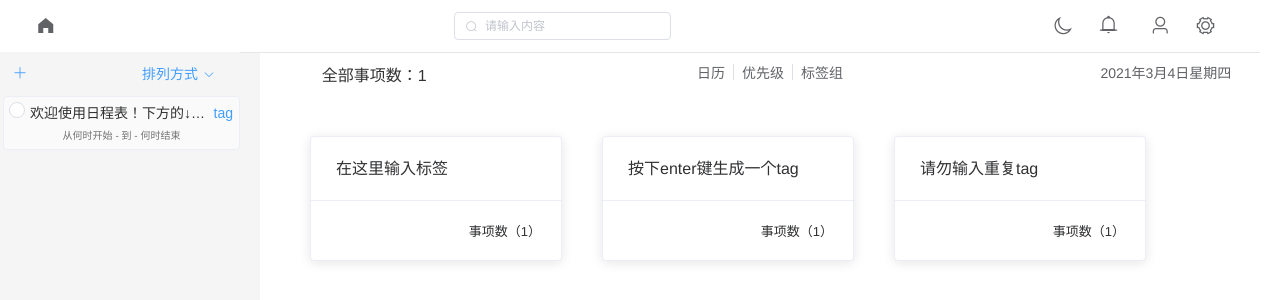
Repository: sierra0114/project01
Page: /#/tags
An editor plug-in stored every save of this project. The page is shown before and after the next save, followed by the edit.
The browser window is 1280 px wide. The pictures show the whole page.
The project was rebuilt for these pictures with package versions that can differ from the ones it lists, and the page was loaded fresh each time. Also part of the build but not shown: vue.config.js, src/components/Approaching.vue, src/components/Expired.vue, src/components/System.vue, src/components/Calendar.vue, src/components/User.vue, src/components/Login.vue, src/components/Register.vue and 2 more.

Above is the page before, as saved 2021-03-04 00:21:31.

### public/index.html
<!DOCTYPE html>
<html>

<head>
  <meta charset="utf-8">
  <meta name="viewport" content="width=device-width,initial-scale=1.0">
  <title>日程表</title>
  <style media="screen" type="text/css">
    body {
      font-family: "Helvetica Neue", Helvetica, "PingFang SC", "Hiragino Sans GB", "Microsoft YaHei", "微软雅黑", Arial, sans-serif;
      margin: 0;
      padding: 0;
      overflow-y: hidden;
      overflow-x: hidden;
      color: #333333;
      width: 100vw;
      height: 100vh;
    }

    #appLoading {
      width: 100%;
      height: 100%;
      background-color: rgb(130, 161, 177);
      z-index: 9999;
    }

    #loadingImg {
      border-radius: 50%;
      position: absolute;
      top: 45%;
      left: 48%;
      translate: 1s ease-in-out 0;
      animation: rotate 1s linear infinite;
    }


    /* 覆盖user页面里默认的图标颜色 */

    .el-icon-basketball:before {
      content: "\e7a5";
      color: rgb(224, 130, 53);
    }

    .el-icon-cold-drink:before {
      content: "\e7a5";
      color: rgb(235, 231, 47);
    }

    .el-icon-grape:before {
      content: "\e7a5";
      color: rgb(74, 55, 97);
    }

    .el-icon-apple:before {
      content: "\e7a5";
      color: rgb(175, 56, 56);
    }

    .el-icon-lollipop:before {
      content: "\e7a5";
      color: rgb(75, 165, 218);
    }

    .el-icon-coffee:before {
      content: "\e7a5";
      color: rgb(107, 79, 62);
    }

    .el-icon-user-solid:before {
      content: "\e7a5";
      color: rgb(227, 235, 243);
    }
  </style>
</head>

<body>
  <div id="appLoading">
    <div id="loadingImg">
      <svg t="1613764102468" class="icon" viewBox="0 0 1024 1024" version="1.1" xmlns="http://www.w3.org/2000/svg"
        p-id="6649" data-spm-anchor-id="a313x.7781069.0.i24" width="48" height="48">
        <path
          d="M546.462897 266.292966c-73.410207 0-133.15531-59.727448-133.155311-133.137656C413.307586 59.762759 473.05269 0 546.462897 0c73.410207 0 133.12 59.727448 133.12 133.15531 0 73.410207-59.709793 133.137655-133.12 133.137656z m-283.453794 105.736827c-67.054345 0-121.626483-54.554483-121.626482-121.644138s54.572138-121.644138 121.626482-121.644138a121.767724 121.767724 0 0 1 121.608828 121.644138c0 67.054345-54.554483 121.644138-121.608828 121.644138zM142.547862 647.185655A107.343448 107.343448 0 0 1 35.310345 539.895172a107.343448 107.343448 0 0 1 107.237517-107.237517 107.343448 107.343448 0 0 1 107.219862 107.237517 107.343448 107.343448 0 0 1-107.219862 107.272828z m120.461241 272.595862a91.047724 91.047724 0 0 1-90.941793-90.959448 91.065379 91.065379 0 0 1 90.924138-90.941793 91.065379 91.065379 0 0 1 90.941793 90.941793c0 50.14069-40.783448 90.959448-90.924138 90.959448zM546.462897 1024a79.518897 79.518897 0 0 1-79.448276-79.448276c0-43.820138 35.645793-79.448276 79.448276-79.448276a79.518897 79.518897 0 0 1 79.43062 79.448276c0 43.820138-35.628138 79.448276-79.448276 79.448276z m287.744-134.285241a64.194207 64.194207 0 0 1-64.123587-64.123587 64.194207 64.194207 0 0 1 64.123587-64.123586 64.194207 64.194207 0 0 1 64.123586 64.123586 64.194207 64.194207 0 0 1-64.123586 64.123587z m117.848275-296.695173a52.683034 52.683034 0 0 1-52.612413-52.612414 52.683034 52.683034 0 0 1 52.612413-52.630069 52.70069 52.70069 0 0 1 52.630069 52.612414 52.718345 52.718345 0 0 1-52.630069 52.630069z m-158.667034-338.696827a40.818759 40.818759 0 1 0 81.655172 0.017655 40.818759 40.818759 0 0 0-81.655172 0z"
          p-id="6650" data-spm-anchor-id="a313x.7781069.0.i23" class="" fill="#ffffff"></path>
      </svg>
    </div>
  </div>

  <div id="app"></div>

</body>

</html>

### src/layout/AppMain.vue
<template>
  <el-container>
    <el-header height="52px">

      <Header @to-appmain="refSidbar"></Header>

    </el-header>
    <el-container v-if="!noSidebar">
      <el-aside width="260px">

        <Sidbar ref="Sidbar"></Sidbar>

      </el-aside>
      <el-main>

        <router-view name="Main"></router-view>

      </el-main>

    </el-container>

  </el-container>
</template>
<script>
import Header from '../components/Header'
import Sidbar from '../components/Sidbar'
// import Main from '../components/Main'
import dataBase from '../data/dataBase.js'
export default {
  name: 'AppMain',
  components: {
    Header,
    Sidbar
  },
  computed: {},
  data () {
    return {
      msg: 'hello',
      noSidebar: false
    }
  },
  methods: {
    refSidbar (info) {
      this.$refs.Sidbar.passThisToForm(info)
    }
  },
  created () {
    dataBase() // 初始化数据库
  }
}
</script>
<style scoped>
.el-header,
.el-footer {
  text-align: center;
  line-height: 50px;
  height: 50px;
}
Header {
  line-height: 50px;
  height: 50px;
}

.el-aside {
  background-color: rgb(245, 245, 245);
  text-align: center;
}

.el-main {
  text-align: center;
  padding: 10px;
}

body > .el-container {
  margin-bottom: 0;
  width: 100vw;
  height: 100vh;
}

.el-container:nth-child(5) .el-aside,
.el-container:nth-child(6) .el-aside {
  line-height: 260px;
}

.el-container:nth-child(7) .el-aside {
  line-height: 320px;
}

/* header {
  display: flex;
  position: fixed;
  top: 0;
  left: 0;
  width: 100vw;
  height: 40px;
  background-color: rgb(255, 0, 0);
}
sidbar {
  display: flex;
  width: 200px;
  background-color: rgb(200, 255, 0);
}
main {
  position: relative;
  display: flex;

  top: 40px;
  left: 0;
  right: 0;
  background-color: rgb(0, 255, 13);
}
full-calendar {
flex-grow: 1;
  background-color: rgb(0, 255, 255);
} */
</style>

### src/components/Main.vue
<template>
  <div class="main">
    <el-row class="nav">
      <el-col :span="5">全部事项数：{{ eventsCountAll }}</el-col>

      <el-col :span="14">
        <router-link :to="{ name: 'calendar' }">
          <el-link>日历</el-link>
        </router-link>

        <el-divider direction="vertical"></el-divider>

        <router-link :to="{ name: 'priority' }">
          <el-link>优先级</el-link>
        </router-link>

        <el-divider direction="vertical"></el-divider>

        <router-link :to="{ name: 'tags' }">
          <el-link>标签组</el-link>
        </router-link>
      </el-col>
      <el-col :span="5">
        <el-link v-on:click="toToday">{{ today }}</el-link>
      </el-col>
    </el-row>
    <el-row class="view">
      <router-view></router-view>
    </el-row>
  </div>
</template>

<script>
import router from "../router";

export default {
  name: "Main",
  data() {
    return {
      today: "今天",

      // 事项计数
      eventsCountAll: 0,
      eventsCountOngoing: 0,
      eventsCountExpired: 0,

      thisMonth: 0,
    };
  },
  components: {},
  methods: {
    toToday() {
      router.push({
        name: "calendar",
        time: this.today,
      });
    },
    updatingToday() {
      setInterval(() => {
        const time = new Date();
        this.today = time;
        const day = time.getDay();
        const date = time.getDate();
        const month = time.getMonth() + 1;
        const year = time.getFullYear();
        const weekMap = [
          "",
          "星期一",
          "星期二",
          "星期三",
          "星期四",
          "星期五",
          "星期六",
          "星期日",
          "",
        ];
        const timeStr = year + "年" + month + "月" + date + "日" + weekMap[day];
        this.today = timeStr;
      }, 1000);
    },
    getEventsCount() {
      let db; // 数据库对象
      let objStore; // 对象仓库
      let request; // 请求
      let transaction; // 连接事务
      let readRequest; // 读写事务

      request = window.indexedDB.open("db"); // 连接数据库
      request.onerror = () => {
        // 请求失败
        // console.log('连接数据库请求 失败 ！因为' + event)
      };

      request.onsuccess = (event) => {
        // 请求成功
        db = event.target.result;
        // db=request.result  一样的效果
        // console.log('连接数据库请求 成功 ')
        transaction = db.transaction("info", "readwrite"); // 开启读写事务
        objStore = transaction.objectStore("info"); // 指定事务为‘info’对象仓库的事务
        readRequest = objStore.getAll(null);

        readRequest.onerror = () => {
          // console.log('读写事务 失败！')
        };
        readRequest.onsuccess = () => {
          // console.log('读写事务 成功！已经获取到了list数据')
          let list = readRequest.result;
          this.eventsCountAll = list.length;
          // alert(list.length)
        };
      };
    },
  },
  created() {
    this.updatingToday();
    this.getEventsCount();
  },
  updated() {
    this.getEventsCount();
  },
};
</script>

<!-- Add "scoped" attribute to limit CSS to this component only -->

<style scoped>
* {
  translate: 0.5s;
  font-weight: normal;
  font-size: 16px;
}

.router-view {
  display: block;
  overflow-y: scroll;
  overflow-x: auto;
}

.nav {
  padding-bottom: 10px;
}

a {
  text-decoration: none;
}

a:link {
  color: black;
}

a:visited {
  color: black;
}

a:hover {
  color: black;
}

a:active {
  color: black;
}

.router-link-active {
  text-decoration: none;
}
</style>

### src/components/Tags.vue
<template>
  <div class="container">
    <div v-for="(item, index) in tags" :key="index">
      <el-card
        style="text-align: left"
        :ref="index"
        class="hide"
        @mouseover.native="show(index)"
        @mouseout.native="hide(index)"
        @click.native="handleClick(index)"
      >
        <div slot="header" class="clearfix">
          <span>{{ item.tagNamw }}</span>
        </div>
        <div class="count">事项数（{{ item.tagCount }}）</div>
      </el-card>
    </div>
  </div>
</template>
<script>
import { store, mutations } from "../store";

export default {
  name: "Tags",
  data() {
    return {
      infolist: [],

      tags: [],
      tag: { tagCount: 0, tagNamw: "" },
      oldClass: "",
    };
  },
  methods: {
    show(index) {
      let oldClass = this.$refs[index][0].$el.className;
      let newClass = oldClass + " show";
      this.oldClass = this.$refs[index][0].$el.className;
      this.$refs[index][0].$el.className = newClass;
      // console.log(this.$refs[index][0].$el.className);
    },
    hide(index) {
      this.$refs[index][0].$el.className = this.oldClass;
      // console.log(this.$refs[index][0].$el.className);
    },
    handleClick(index) {
      let tag = this.tags[index];
      let infoArr = tag.infoArr;
      console.log(infoArr);
    },
    resolveListToTags() {
      //把indolist里面的信息转化到tags中
      let uniqTag = this.getUniqTags;
      let tagArr = [];

      for (let index in uniqTag) {
        let temp = this.querryTag(uniqTag[index]);
        let tag = {};
        tag.tagNamw = uniqTag[index];
        tag.tagCount = temp.length;
        tag.infoArr = temp;
        tagArr.push(tag);
      }
      this.tags = [...tagArr];
      this.$forceUpdate();
      // alert("更新视图");
    },
    querryTag(tag) {
      //根据tag查找对应的事项
      let temp = [];
      for (let i in this.infolist) {
        for (let j in this.infolist[i].tags) {
          if (this.infolist[i].tags[j] === tag) {
            temp.push(this.infolist[i]);
            break;
          }
        }
      }
      console.log(temp);
      return temp;
    },
    updateInfo() {
      let db; // 数据库对象
      let objStore; // 对象仓库
      let request; // 请求
      let transaction; // 连接事务
      let readRequest; // 读写事务

      request = window.indexedDB.open("db"); // 连接数据库
      request.onerror = () => {
        // 请求失败
        alert("连接数据库请求 失败 ！因为" + event);
      };

      request.onsuccess = (event) => {
        // 请求成功
        db = event.target.result;
        // db=request.result  一样的效果
        // console.log('连接数据库请求 成功 ')
        transaction = db.transaction("info", "readwrite"); // 开启读写事务
        objStore = transaction.objectStore("info"); // 指定事务为‘info’对象仓库的事务
        readRequest = objStore.getAll(null);

        readRequest.onerror = () => {
          alert("读写事务 失败！");
        };
        readRequest.onsuccess = () => {
          // console.log('读写事务 成功！已经获取到了list数据')
          this.infolist = readRequest.result;
          this.resolveListToTags();
          // alert("更新数据");
          mutations.setUpdateFlag(false);
        };
      };
    },
  },
  computed: {
    updateFlag() {
      return store.updateFlag;
    },
    getUniqTags: function () {
      let uniqTag = [];
      let allTags = [];

      for (let index in this.infolist) {
        let arr = this.infolist[index].tags;
        allTags = [...allTags, ...arr];
      }

      for (let i = 0; i < allTags.length; i++) {
        for (let j = i + 1; j < allTags.length; j++) {
          if (allTags[i] === allTags[j]) {
            //如果存在相等的两个tag
            i++; //进入下一层i循环
            j = i;
          }
        }
        uniqTag.push(allTags[i]);
        console.log(uniqTag);
      }
      return uniqTag;
    },
  },
  watch: {
    updateFlag: function () {
      // alert("watch检测到upstateflag更新");
      if (store.updateFlag === true) {
        this.updateInfo();
      }
    },
  },
  created() {
    this.updateInfo();
  },
};
</script>
<style scoped>
.container {
  display: flex;
  flex-flow: row wrap;
  margin: 20px;
}
.el-card {
  width: 250px;
  margin: 20px;
}
span {
  padding: 0 0 3px 5px;
  width: 180px;
  word-wrap: break-word;
  display: -webkit-box;
  -webkit-box-orient: vertical;
  /* 超过几行文字会被省略
   */
  -webkit-line-clamp: 1;
  overflow: hidden;
}
.count {
  text-align: right;
  font-size: 13px;
}
.show {
  cursor: pointer;
  background: rgb(245, 245, 245);
}
.hide {
  cursor: pointer;
}
</style>

### src/components/SidbarCard.vue
<template>
  <transition name="card">
    <el-card class="box-card" shadow="hover" :body-style="{ padding: '5px' }">
      <div class="clearfix">
        <div class="left">
          <el-button
            :type="info.reColor"
            size="mini"
            v-on:click="deleteInfo"
            circle
          ></el-button>
          <!-- 优先级：   红  >   黄    >蓝>    绿
           type= "danger">"warning">"">"success" -->

          <span
            class="info"
            :title="info.reMainText"
            v-on:click="openFormEmit"
            >{{ info.reMainText }}</span
          >
        </div>
        <el-tooltip
          v-if="info.tagFlag"
          effect="dark"
          :content="info.reTag"
          placement="right"
        >
          <el-button
            style="float: right; padding: 3px 0"
            type="text"
            v-on:click="openTags"
            >tag</el-button
          ></el-tooltip
        >
      </div>

      <p class="time" v-on:click="openFormEmit">
        {{ info.reTimeFrom }}<span> - 到 - </span>{{ info.reTimeTo }}
      </p>
    </el-card>
  </transition>
</template>
<script>
import router from "../router";
import { mutations } from "../store";

export default {
  name: "SidbarCard",
  data() {
    return {};
  },
  props: {
    info: Object,
  },
  methods: {
    deleteInfo() {
      // alert(this.info.reKey)
      let db; // 数据库对象
      let objStore; // 对象仓库
      let request; // 请求
      let transaction; // 连接事务
      let readRequest; // 读写事务

      request = window.indexedDB.open("db"); // 连接数据库
      request.onerror = () => {
        // alert('打开数据库失败！')
      };

      request.onsuccess = (event) => {
        // alert('打开数据库成功！')
        db = event.target.result;
        transaction = db.transaction("info", "readwrite"); // 开启读写事务
        objStore = transaction.objectStore("info"); // 指定事务为‘info’对象仓库的事务
        readRequest = objStore.delete(this.info.reKey);

        // 点击颜色圆点要通过key检索到并且从数据库中删除这个事项，目前没有实现从数据库中删除的功能，key是原因

        readRequest.onerror = () => {
          // alert('删除失败！')
        };
        readRequest.onsuccess = () => {
          // eslint-disable-next-line no-unused-expressions
          // console.log(this.$parent)
          this.$parent.getList(); // 更新sidbar视图
          // alert('删除成功！')
          mutations.setUpdateFlag(true);
        };
      };
    },
    openTags() {
      // 点击tag打开tag视图
      router.push({ name: "tags", key: this.info.reKey });
    },
    openFormEmit() {
      // 点击卡片打开form
      this.$emit("openForm-between", this.info.reKey);
    },
  },
  watch: {
    info: {
      handler(oldInfo, newInfo) {
        console.log("新的info值为：");
        console.log("卡片里的info更新了");
        console.log(newInfo);
      },
    },
  },
};
</script>
<style scoped>
* {
  font-weight: normal;
  /* font-size: 14px;   不知道为什么这条会覆盖下面的    font-size: 10px; */
}

.item {
  margin-bottom: 18px;
}

.clearfix {
  text-align: left;
  display: flex;
  flex-flow: row nowrap;
  align-items: flex-start;
  justify-content: space-between;
}
.left {
  text-align: left;
  display: flex;
  flex-flow: row nowrap;
  align-items: flex-start;
  justify-content: space-between;
}
.info {
  padding: 0 0 3px 5px;
  width: 180px;
  word-wrap: break-word;
  display: -webkit-box;
  -webkit-box-orient: vertical;
  /* 超过几行文字会被省略
   */
  -webkit-line-clamp: 1;
  overflow: hidden;
  cursor: pointer;
}
/* ////////////////////////////////////   动画-start    //////////////////////////////////////////////// */
.card-enter-active {
  transition: all 0.3s ease;
}
.card-leave-active {
  transition: all 0.2s cubic-bezier(1, 0.5, 0.8, 1);
}
.card-enter,.card-leave-to
/* .slide-fade-leave-active for below version 2.1.8 */ {
  transform: translateX(10px);
  opacity: 0;
}
/* ////////////////////////////////////   动画-end    //////////////////////////////////////////////// */

.time {
  cursor: pointer;
}
p {
  margin: 2px;
  color: rgb(114, 114, 114);
  font-size: 10px;
}
.el-row {
  z-index: 0;
}
.box-card {
  padding: 0px;
  margin: 2px 2px 2px 3px;
  width: 100%;
  background-color: rgba(255, 255, 255, 0.479);
}
</style>

Loaded but not shown: src/style/theme/index.css (library); src/data/dataBase.js (183 lines, source omitted); src/router/index.js (85 lines, source omitted); src/main.js (41 lines, source omitted); src/store/index.js (11 lines, source omitted); src/components/Form.vue (866 lines, source omitted); src/components/Header.vue (339 lines, source omitted); src/components/Sidbar.vue (352 lines, source omitted)

After the next save:
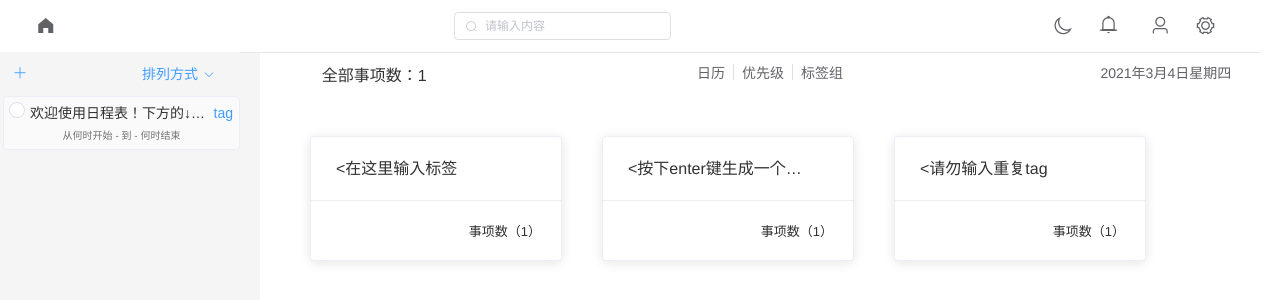
Saved 5 min 56 s later.
--- a/src/components/Tags.vue
+++ b/src/components/Tags.vue
@@ -10,7 +10,7 @@
         @click.native="handleClick(index)"
       >
         <div slot="header" class="clearfix">
-          <span>{{ item.tagNamw }}</span>
+          <span><{{ item.tagNamw }}</span>
         </div>
         <div class="count">事项数（{{ item.tagCount }}）</div>
       </el-card>

After the 5 saves that followed:
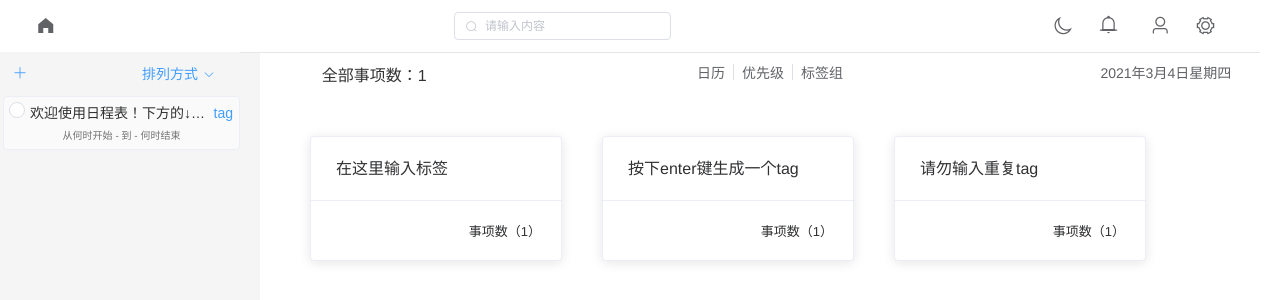
The 5 saves are shown as one change because they came seconds apart.
The last was saved 12 s later.
--- a/src/components/Tags.vue
+++ b/src/components/Tags.vue
@@ -10,7 +10,7 @@
         @click.native="handleClick(index)"
       >
         <div slot="header" class="clearfix">
-          <span><{{ item.tagNamw }}</span>
+          <span><i class=""></i>{{ item.tagNamw }}</span>
         </div>
         <div class="count">事项数（{{ item.tagCount }}）</div>
       </el-card>
